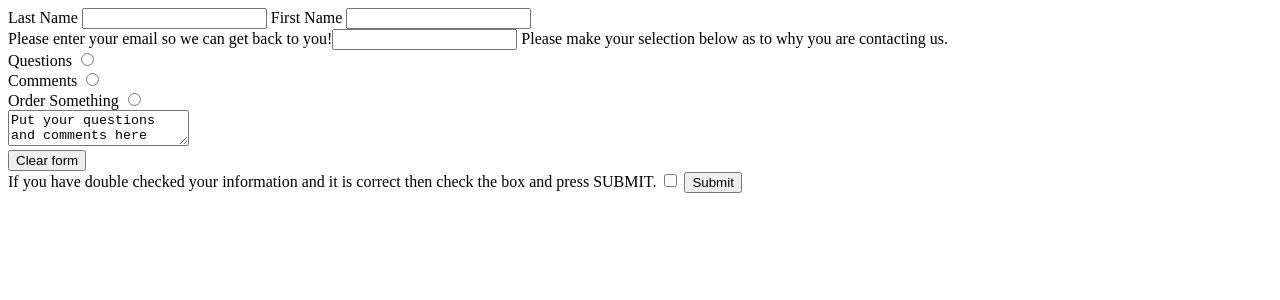
Repository: nsisk1/web-page-project
Page: contact-us.html
An editor plug-in stored every save of this project. The page is shown before and after a run of saves, followed by the edit.
The browser window is 1280 px wide. The pictures show the whole page.

Above is the page before, as saved 2024-07-14 10:03:43.

After the next 2 saves:
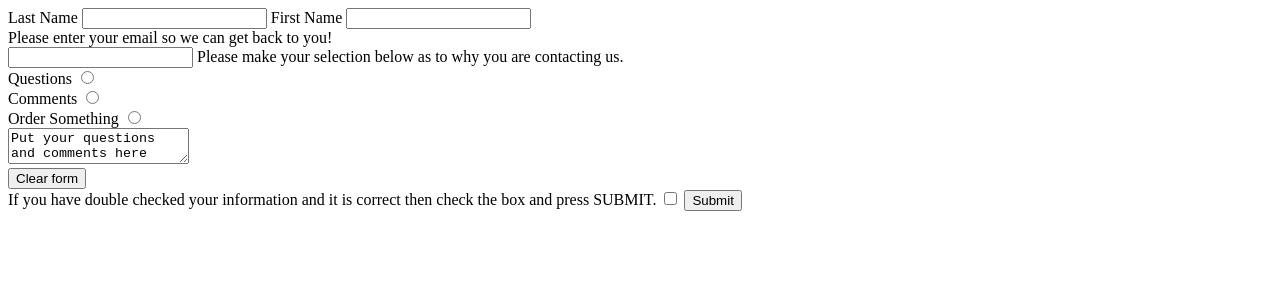
The 2 saves are shown as one change because they came seconds apart.
The last was saved 22 s later.
--- a/contact-us.html
+++ b/contact-us.html
@@ -11,7 +11,7 @@
             <label>First Name
                 <input type="text" name="firstname" required>
             </label><br>
-            Please enter your email so we can get back to you!<input type="text" name="email" required>
+            Please enter your email so we can get back to you!<br><input type="text" name="email" required>
             Please make your selection below as to why you are contacting us.
             <br>
             Questions
